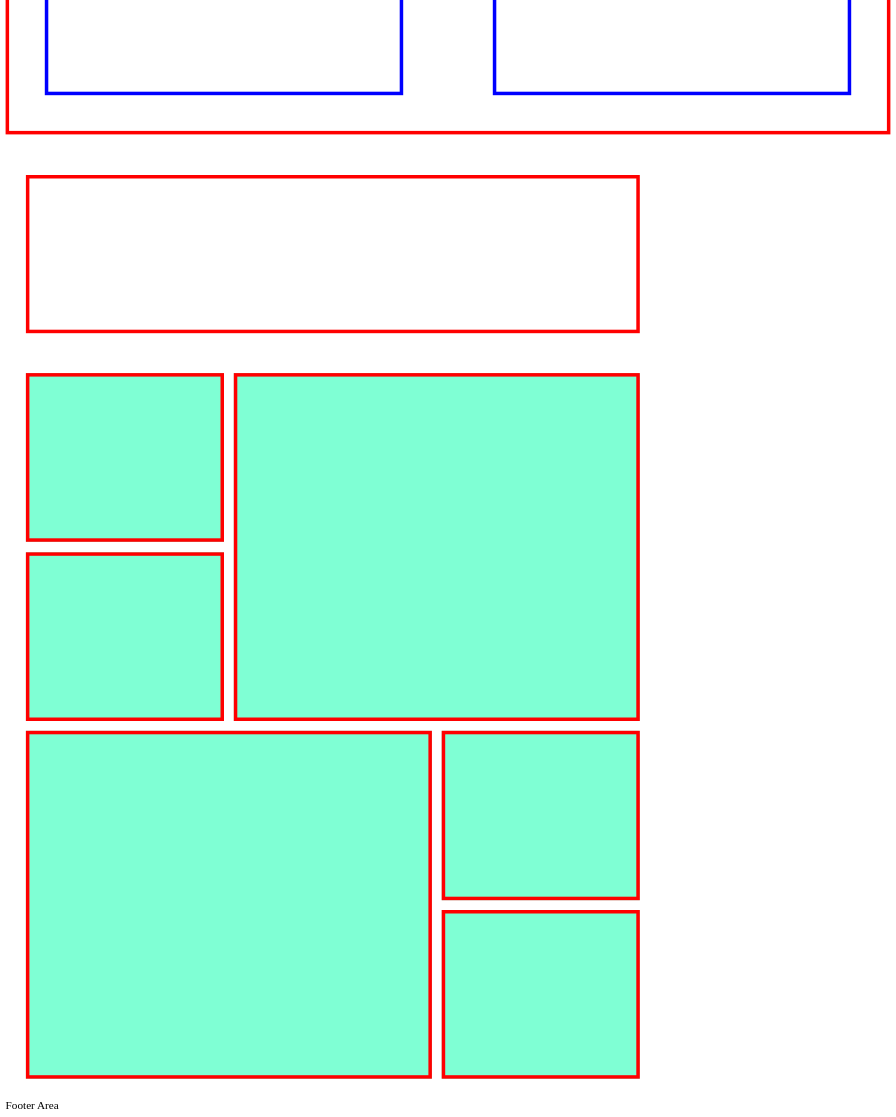
Repository: BwesewB/Brutalist-Website
Page: /
These files come from the project's save history. The page is drawn as it stood at one moment and after the next save; the edit follows.
The browser window is 1280 px wide. The pictures show the part of the page from y = 850 to 2770 px (the page is 2446 px tall before and 3488 px after), at 70% of full size.
The project was rebuilt for these pictures with package versions that can differ from the ones it lists, and the page was loaded fresh each time. The framework's server and built-in components were replaced by stand-ins that run in the browser. Also part of the build but not shown: next.config.mjs.

Above is the page before, as saved 2024-02-03 21:11:50.

### pages/index.js
import Head from "next/head";
import Image from "next/image";
import styles from "@/styles/Home.module.css";
import { useState } from "react";
import CoverPage from "@/components/CoverPage";
import BottomDisplay from "@/components/BottomDisplay";

export default function Home() {

  const[input,setInput] = useState();


  const classFilters = {
    1: 'Magician',
    2: 'Theif',
    4: 'Warrior',
    8: 'Bowman',
    16: 'Pirate',
    32: 'Nothing'
  }

const getClassStyle = flagValue => (input & flagValue) > 0 ? { backgroundColor: 'yellow'} : null;

  return (
    <>
      <Head>
        <title>Brutalism</title>
        <meta name="description" content="Brutalist Website" />
        <meta name="viewport" content="width=device-width, initial-scale=1" />
        <link rel="icon" href="/favicon.ico" />
      </Head>
      <main className={`${styles.main}`}>
        <div className={styles.titlePage}>
          <div className={styles.graphic}></div>
          <div className={styles.displayPanel}></div>
        </div>
        <div className={styles.bottomDisplay}>
          <BottomDisplay/>
        </div>
      </main>
      <footer>
        Footer Area
      </footer>
    </>
  );
}

{/* <div class="inputArea">
<input
id="input"
type="text"
placeholder="bitmask decimal value"
value={input}
onChange={event => setInput(event.target.value)}
/>
</div>
<div class="posterArea" >                                                             need to change to posters
<table>
  <tbody>
    {
      Object.keys(classFilters).map(item => (
        <tr key={item} style={getClassStyle(item)}>
          <td>{item}</td>
          <td>{classFilters[item]}</td>
        </tr>
      ))
    }
  </tbody>
</table>
</div> */}

### styles/globals.css
:root{

}

### styles/Home.module.css
.main {
  display:grid;
  grid-template-columns: repeat(4, 1fr);
  gap:4vh;
  box-sizing: border-box;
}

/* <div class="titlePage">
<div class="graphic"></div>
<div class="inputArea"></div>
</div>
<div class="displayArea">
<div class="posterOne"></div>
<div class="posterTwo"></div>
<div class="posterThree"></div>
<div class="posterFour"></div>
<div class="posterFive"></div>
<div class="posterSix"></div>
</div> */

.titlePage{
  height:80vw;
  grid-column: 1/5;
  border: 5px solid red;
/*---------------------------------------------------------------------------------------------------------*/
  display:grid;
  grid-template-columns: repeat(2, 1fr);
  gap:2vw;
}

.graphic, .displayPanel{
  border: 5px solid blue;
  margin:4vw;
}

.graphic{
  grid-column: 1/2;
}

.displayPanel{
  grid-column: 2/3;
  grid-template-columns: repeat(2, 1fr);
}


/*---------------------------------------------------------------------------------------------------------*/

.bottomDisplay{
  grid-column: 1/5;
  display:grid;
  grid-template-columns: repeat(4, 1fr);
  gap:4vw;
}

### components/CoverPage/index.js
export default function CoverPage() {

}

### components/BottomDisplay/index.js
import styles from './BottomDisplay.module.css'
export default function BottomDisplay() {

    return(
        <div className={styles.bottomWidthSpan}>
            <div className={styles.inputArea}></div>
            <div className={styles.displayArea}>
                <div className={styles.posterOne}></div>
                <div className={styles.posterTwo}></div>
                <div className={styles.posterThree}></div>
                <div className={styles.posterFour}></div>
                <div className={styles.posterFive}></div>
                <div className={styles.posterSix}></div>
            </div>
        </div>
    )

}

### components/BottomDisplay/BottomDisplay.module.css


.displayArea {
    display: grid;
    grid-template-columns: repeat(3, 1fr);
    grid-template-rows: repeat(4, 1fr);
    gap: 2vh;
    height:140vh;
    padding: 4vh;
  }

.posterOne,
.posterTwo,
.posterThree,
.posterFour,
.posterFive,
.posterSix {
    background-color: aquamarine;
    border: 5px solid red;
}

.posterTwo{
    grid-column: 2/4;
    grid-row: 1/3;
}

.posterFour{
    grid-column: 1/3;
    grid-row: 3/5;
}

.bottomWidthSpan {
    grid-column: 1/4;
}
.inputArea{
    border: 5px solid red;
    margin:4vh;
    grid-column: 4/5;
    grid-row:1/2;
    height:30vh;
}

Loaded but not shown: pages/_app.js (common file); pages/_document.js (common file)

After the next save:
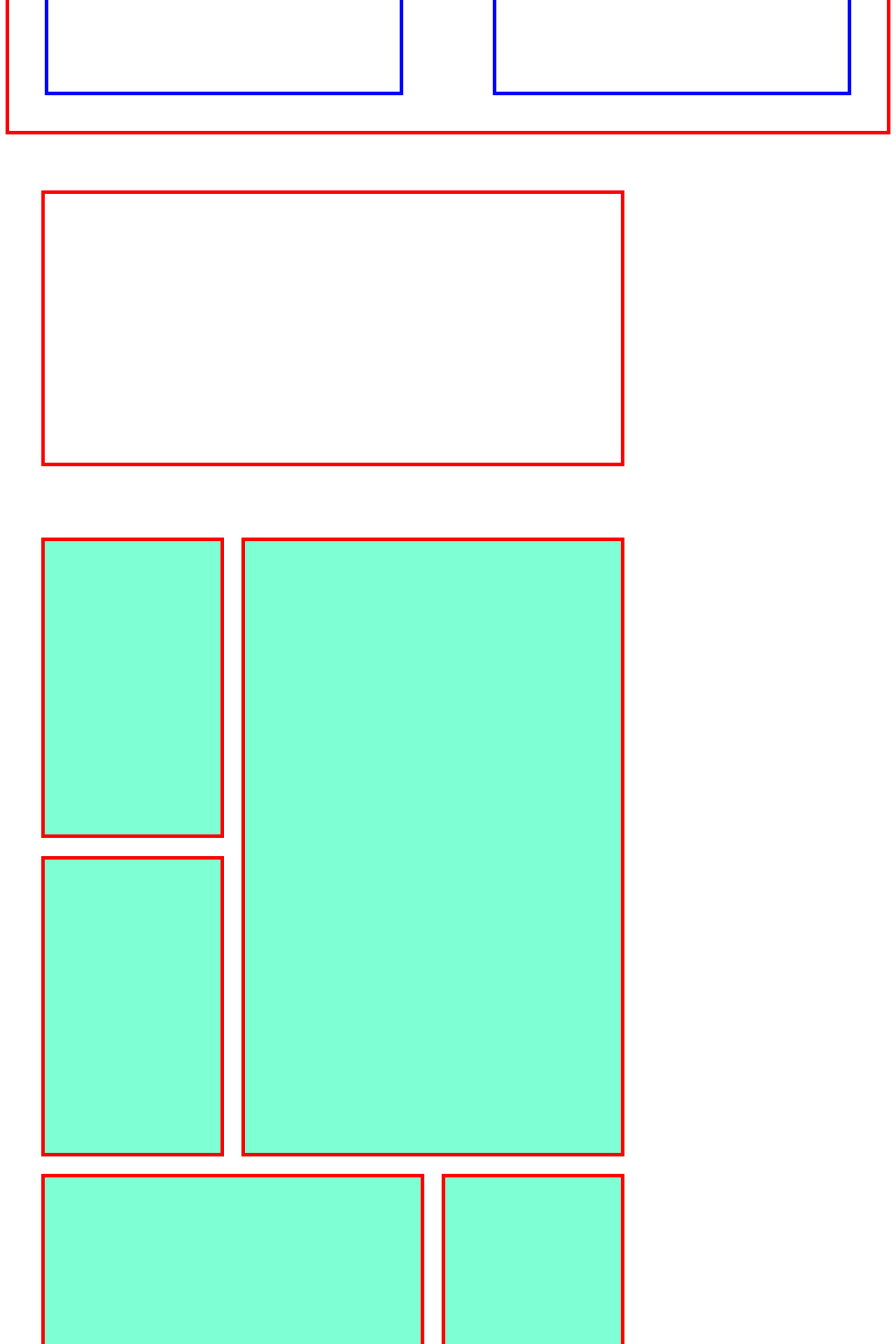
Saved 46 s later.
--- a/components/BottomDisplay/BottomDisplay.module.css
+++ b/components/BottomDisplay/BottomDisplay.module.css
@@ -1,12 +1,18 @@
-
+.inputArea{
+    border: 5px solid red;
+    margin:4vw;
+    grid-column: 4/5;
+    grid-row:1/2;
+    height:30vw;
+}
 
 .displayArea {
     display: grid;
     grid-template-columns: repeat(3, 1fr);
     grid-template-rows: repeat(4, 1fr);
-    gap: 2vh;
-    height:140vh;
-    padding: 4vh;
+    gap: 2vw;
+    height:140vw;
+    padding: 4vw;
   }
 
 .posterOne,
@@ -32,10 +38,3 @@
 .bottomWidthSpan {
     grid-column: 1/4;
 }
-.inputArea{
-    border: 5px solid red;
-    margin:4vh;
-    grid-column: 4/5;
-    grid-row:1/2;
-    height:30vh;
-}
